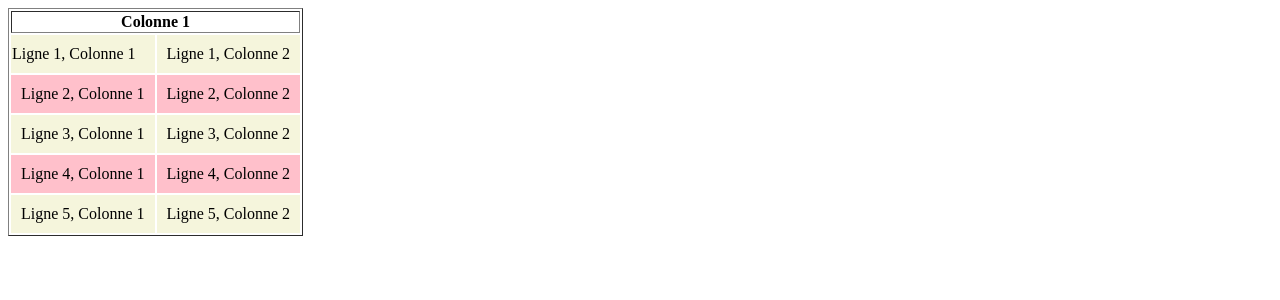
Repository: Chaimaa482/web-tp4
Page: ex1.html
An editor plug-in stored every save of this project. The page is shown before and after the next save, followed by the edit.
The browser window is 1280 px wide. The pictures show the whole page.

Above is the page before, as saved 2023-10-22 15:35:00.

After the next save:
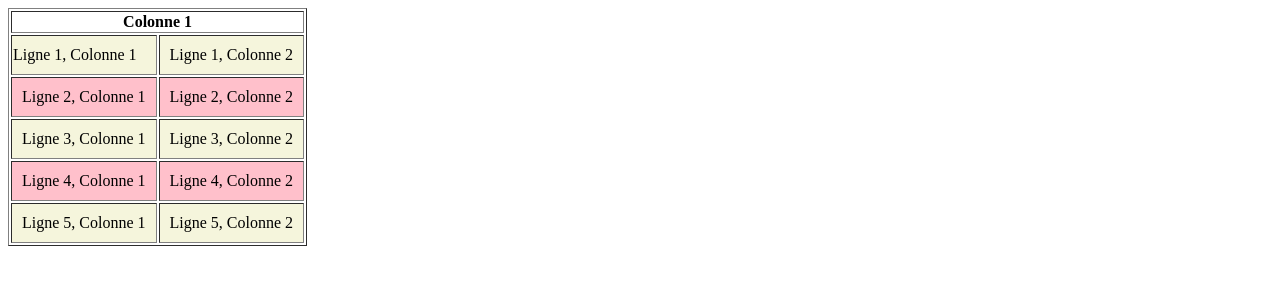
Saved 50 s later.
--- a/ex1.html
+++ b/ex1.html
@@ -33,9 +33,7 @@
         // Enlever la bordure intérieure du tableau
         var table = document.getElementById("myTable");
         var cells = table.getElementsByTagName("td");
-        for (var i = 0; i < cells.length; i++) {
-            cells[i].style.border = "none";
-        }
+
 
         // Fusionner les cellules de la première ligne
         var th = table.querySelector("tr:first-child th");
